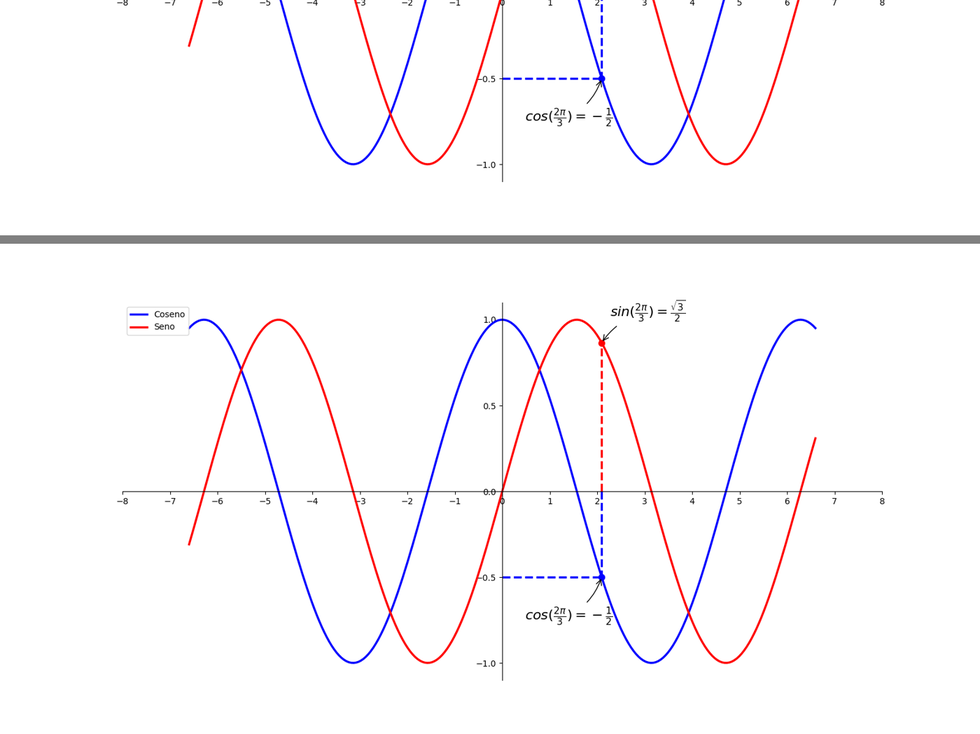
Repository: Jaamunozr/Archivos-python
Script's output: python Archivos Python/Graficas/ejecutable.py
An editor plug-in stored every save of this project. The script's output is shown before and after the next save, followed by the edit.
The pictures show rows 1076 to 2836 of an output 2124 px tall, at 70% of full size.
Each picture stacks the figures in order, with grey between them; figures that are only written to a file come last. Figures wider than 1,400 px are first shrunk to that width. Animations are shown at an early frame. Random numbers start from a fixed seed.

Above is the script's output before, as saved 2020-02-16 23:15:12.

After the next save:
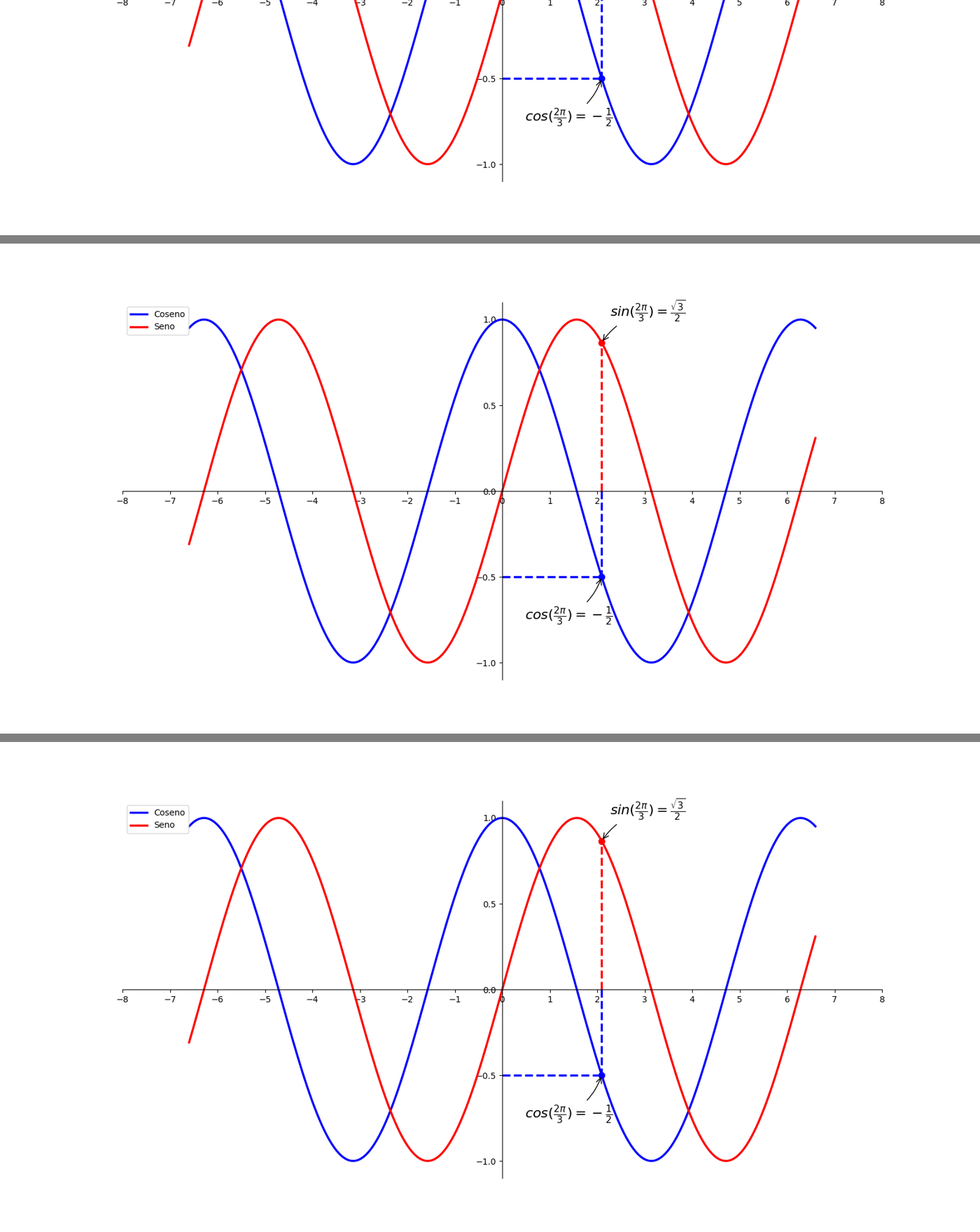
Saved 16 s later.
--- a/Archivos Python/Graficas/ejecutable.py
+++ b/Archivos Python/Graficas/ejecutable.py
@@ -80,3 +80,4 @@ pl.annotate(r'$cos(\frac{2\pi}{3})=-\frac{1}{2}$',
 pl.pause(1)
 pl.savefig('Sinusoida.svg')
 pl.savefig('Sinusoida.pdf')
+pl.savefig('Sinusoida.png')
